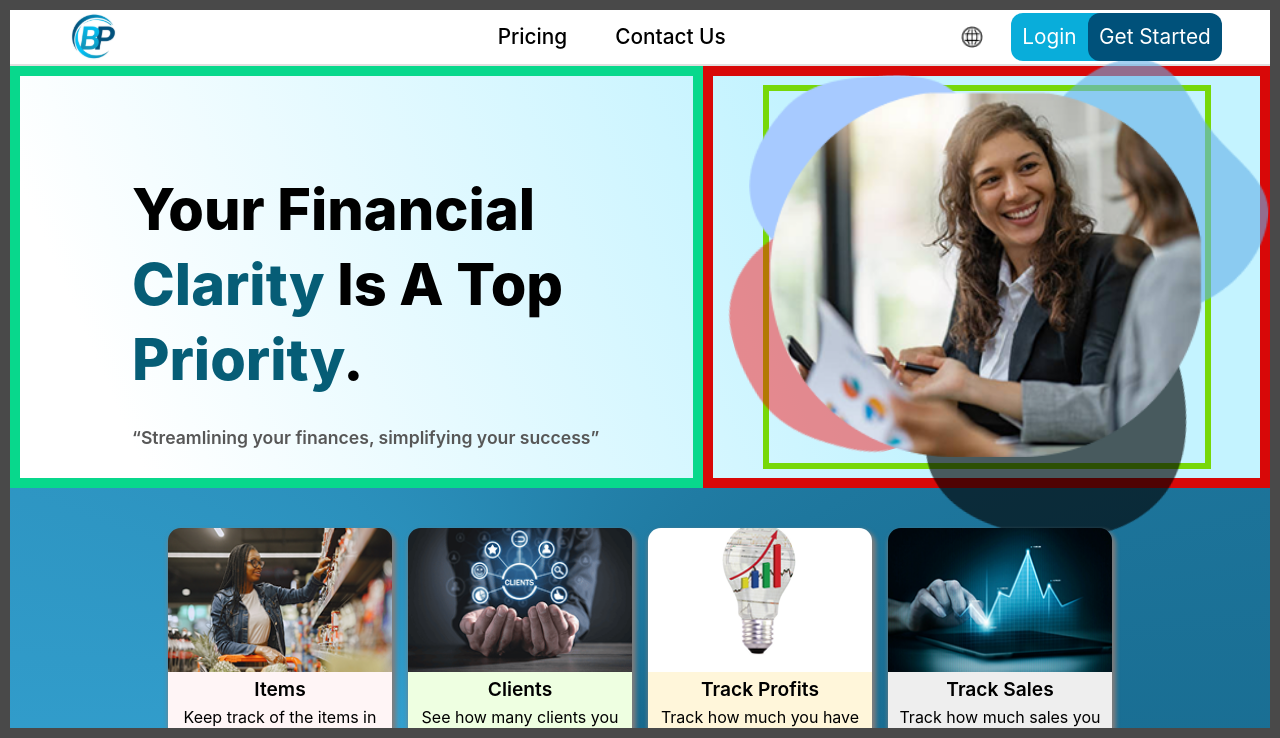
Repository: dark-txch/Bizpadi
Page: /
These files come from the project's save history. The page is drawn as it stood at one moment and after the next save; the edit follows.
The browser window is 1280 px wide. The pictures show the whole page.
The project was rebuilt for these pictures with package versions that can differ from the ones it lists, and the page was loaded fresh each time. Also part of the build but not shown: vite.config.js, src/components/ErrorBoundary.jsx, src/components/LandingPage/PricingPage/Pricing.jsx, src/components/LandingPage/LogInPage/LogIn.jsx.

Above is the page before, as saved 2025-04-09 20:00:01.

After the next save:
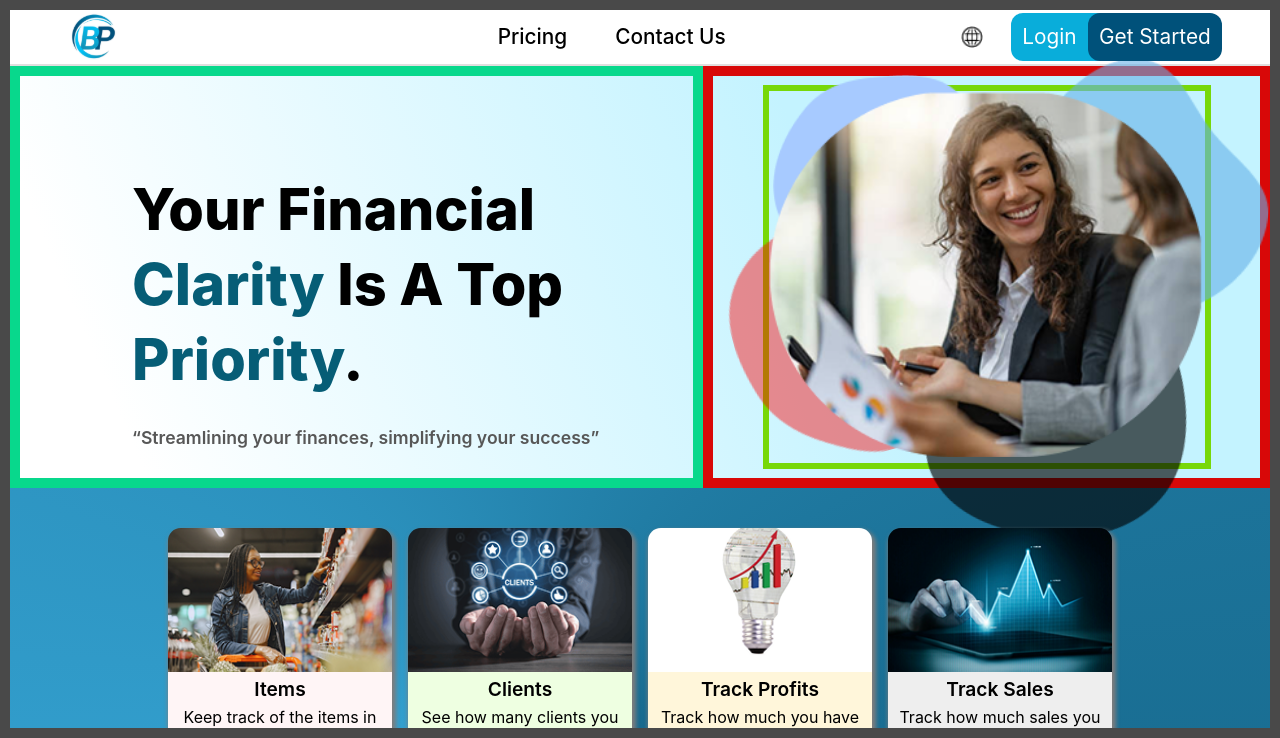
Saved 14 s later.
--- a/src/components/LandingPage/MidSection.css
+++ b/src/components/LandingPage/MidSection.css
@@ -88,7 +88,7 @@
 .ImageChildrenWrapper > img:nth-of-type(3) {
 	/* EGG LIGHT BLUE VECTOR */
 	position: absolute;
-	width: 14.5rem;
+	width: 13rem;
 	height: 13rem;
 	top: -3rem;
 	right: 9rem;
